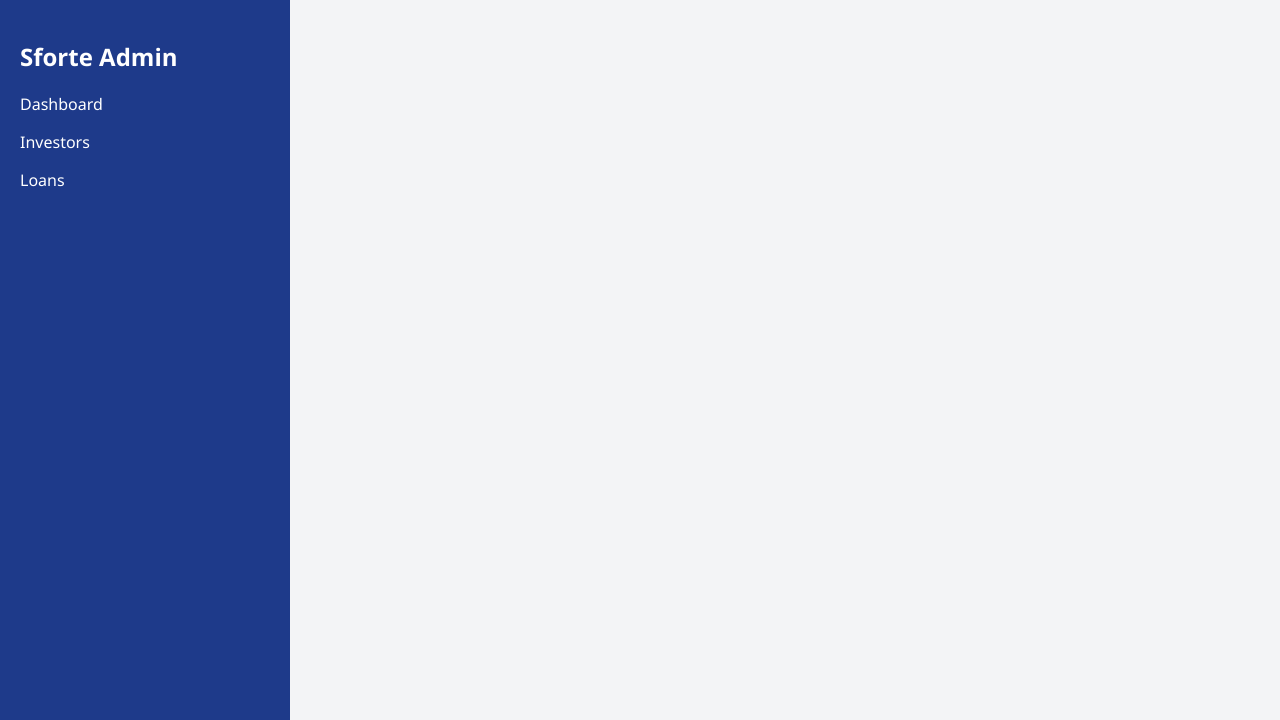
Repository: emmanuel2011-program/sql-relational-database-practice
Page: public/index.html
An editor plug-in stored every save of this project. The page is shown before and after a run of saves, followed by the edit.
The browser window is 1280 px wide. The pictures show the whole page.
The page's requests for data from a server got no answer.

Above is the page before, as saved 2026-03-27 12:57:16.

After the next 2 saves:
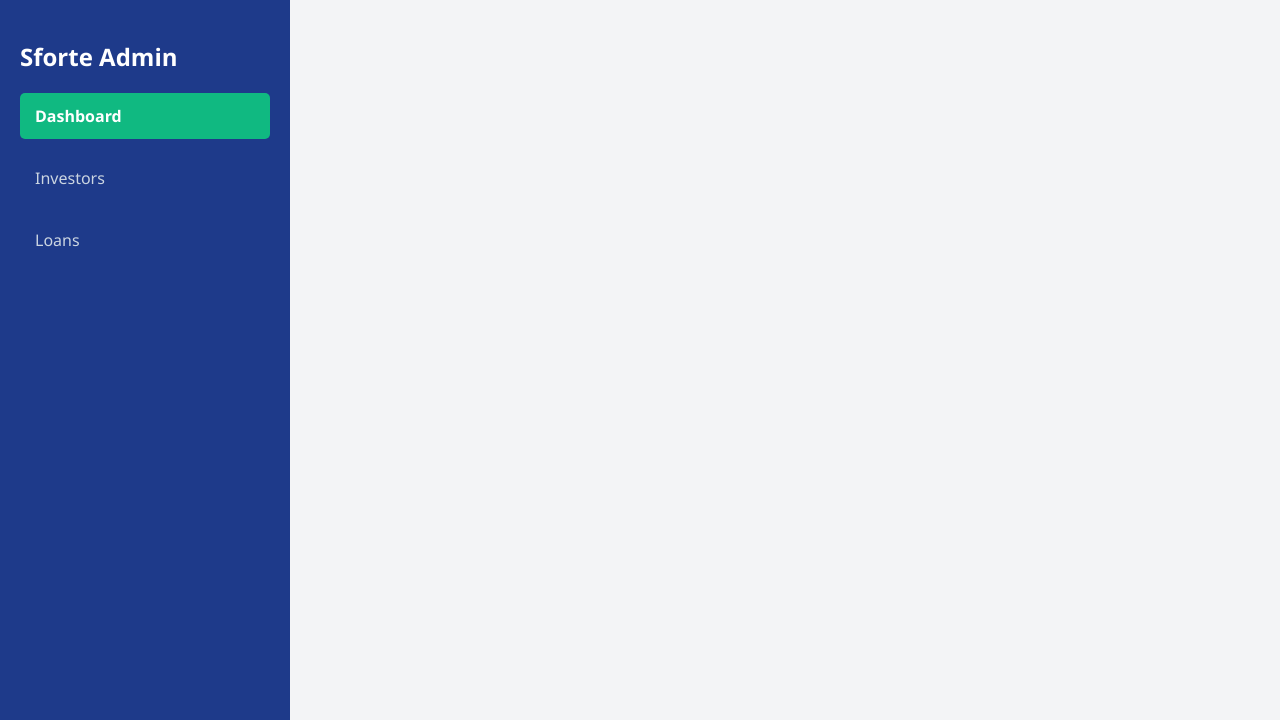
The 2 saves are shown as one change because they came seconds apart.
The last was saved 39 s later.
--- a/public/style.css
+++ b/public/style.css
@@ -91,3 +91,31 @@ td {
 }
 
 .btn-delete:hover { background-color: #dc2626; }
+.nav-item {
+    padding: 12px 15px;
+    cursor: pointer;
+    transition: 0.3s;
+    border-radius: 5px;
+    color: #cbd5e1;
+}
+
+.nav-item:hover {
+    background: rgba(255,255,255,0.1);
+    color: #10b981;
+}
+
+/* The style for the page you are currently on */
+.nav-item.active {
+    background: #10b981;
+    color: white;
+    font-weight: bold;
+}
+
+.page-content {
+    animation: fadeIn 0.4s; /* Smooth transition between pages */
+}
+
+@keyframes fadeIn {
+    from { opacity: 0; }
+    to { opacity: 1; }
+}
